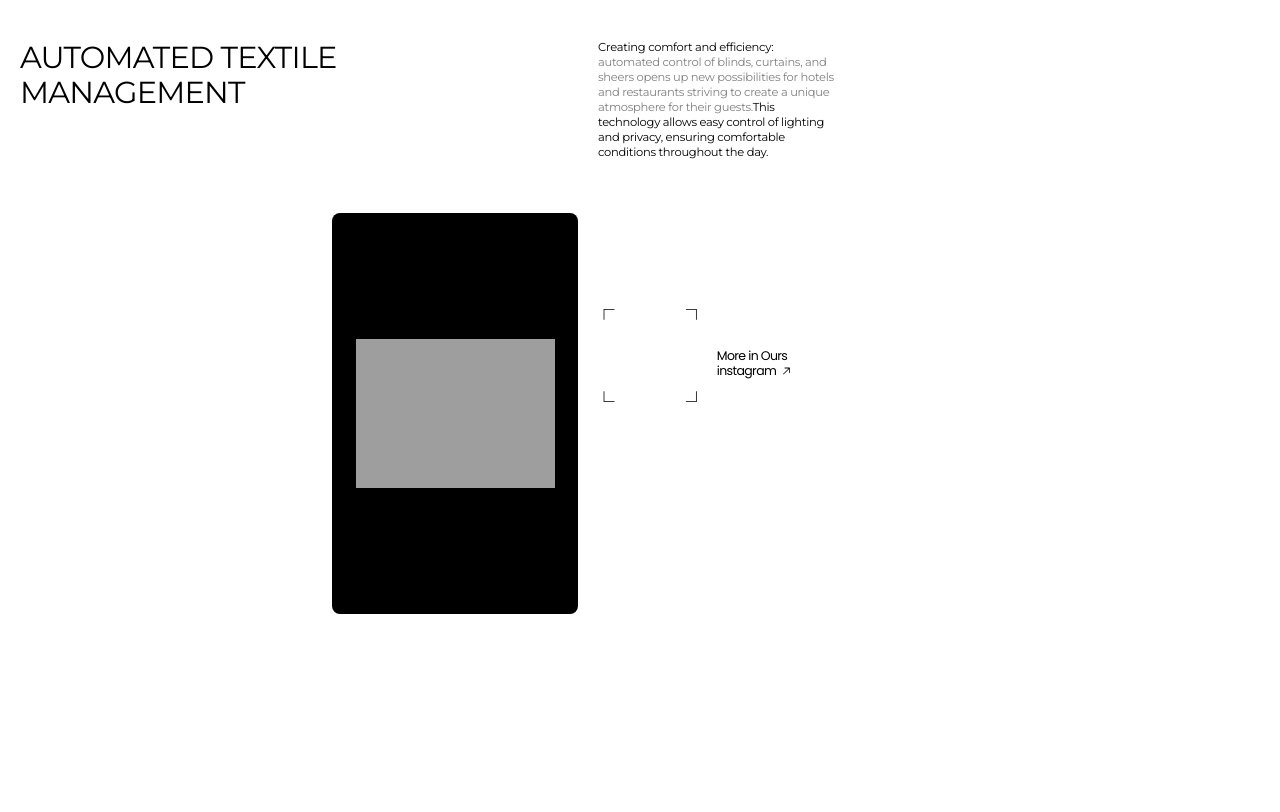
Repository: nikhilsinghrathore1/Shery_02
Page: /
An editor plug-in stored every save of this project. The page is shown before and after the next save, followed by the edit.
The browser window is 1280 px wide. The pictures show the part of the page from y = 5688 to 6500 px (the page is 8896 px tall).
Pictures or frames that could not be fetched are drawn as grey boxes. The project was rebuilt for these pictures with package versions that can differ from the ones it lists, and the page was loaded fresh each time. Also part of the build but not shown: vite.config.js.

Above is the page before, as saved 2024-07-20 11:59:34.

After the next save:
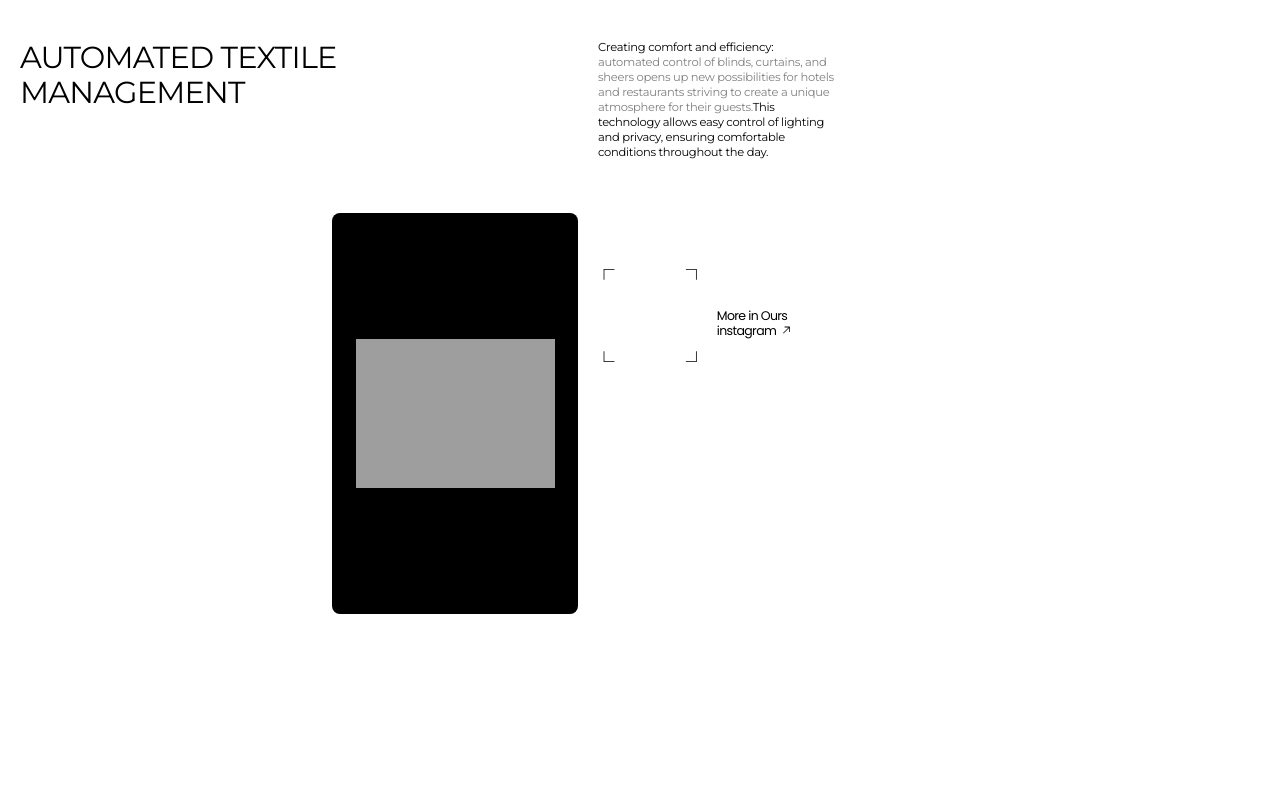
Saved 7 min 30 s later.
--- a/src/pages/Landing.jsx
+++ b/src/pages/Landing.jsx
@@ -208,7 +208,9 @@ const Landing = () => {
                                                 </div>
                                               {/* this is the last line section */}
                                                 <div className='w-full h-[30%]'></div>
-
+                                                              <div className='w-[80%] border-dashed boder-b-[1px] border-black/50 p-1 text-[12px] f1 font-light'>
+                                                                <p></p>
+                                                              </div>
                                               </div>
                                   </div>
                                 </div>
